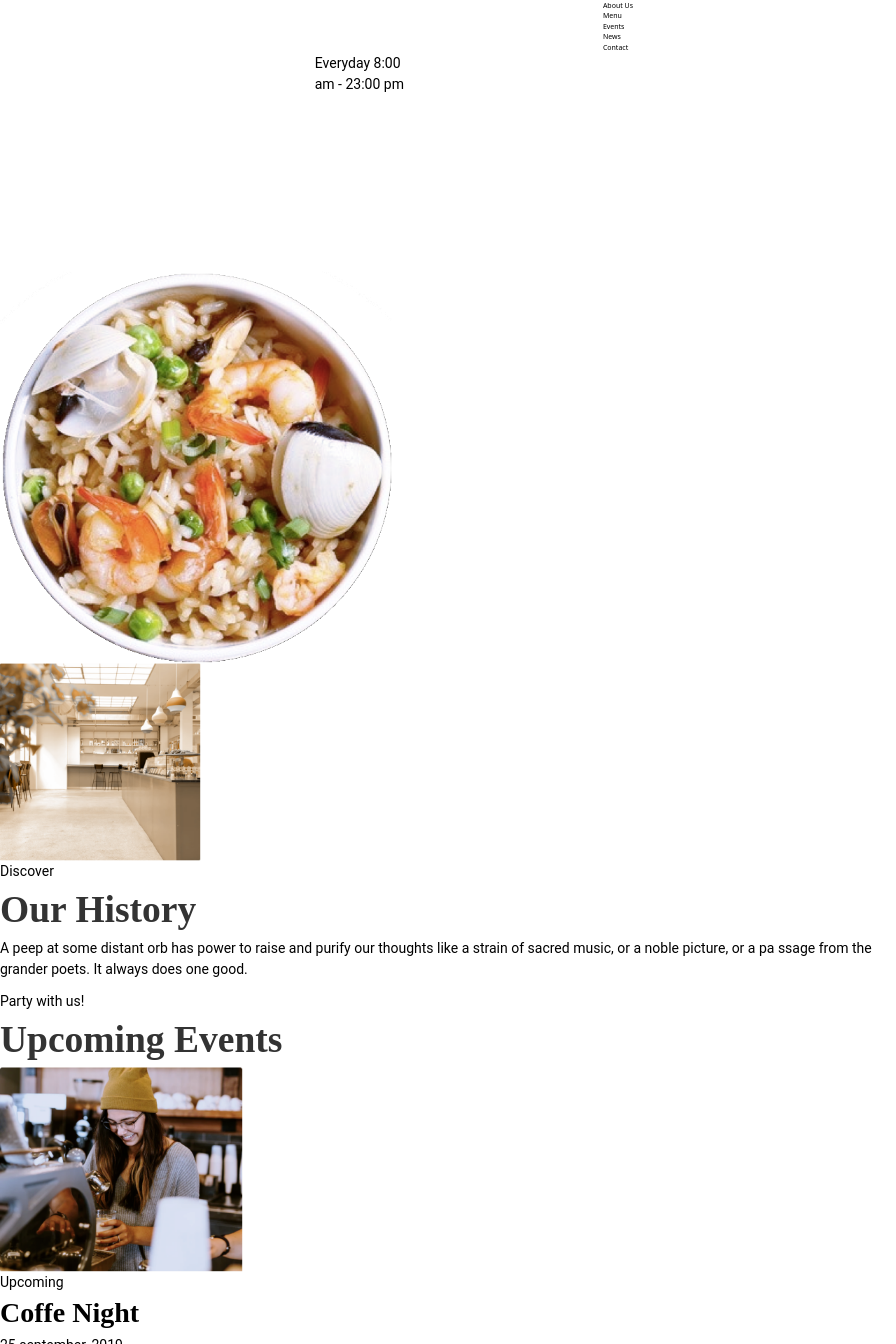
Repository: murilopellis-12/Tailwind-Prova
Page: index.html
These files come from the project's save history. The page is drawn as it stood at one moment and after a run of saves; the edit follows.
The browser window is 1280 px wide. The pictures show the part of the page from y = 0 to 1920 px (the page is 4774 px tall before and 4670 px after), at 70% of full size.

Above is the page before, as saved 2026-10-26 19:27:33.
Not found: style.css

### index.html
<!doctype html>
<html lang="pt-BR" class="f">
  <head>
    <meta charset="UTF-8" />
    <meta name="viewport" content="width=device-width, initial-scale=1.0" />
    <title>PROVA FRONT-END</title>
    <script src="https://cdn.jsdelivr.net/npm/@tailwindcss/browser@4"></script>
    <style type="text/tailwindcss">
      @theme {
        --espaco-pequeno: clamp(
          1.5rem,
          calc(-2.725rem + 11.268vw),
          13.5rem
        ); /* min: 15px, max: 135px */
        --padding-topo: clamp(8rem, calc(5.183rem + 7.512vw), 16rem);

        /*Cores*/
        --cor-primaria: #333;
        --cor-secundaria: #f9f7f2;
        --cor-terciaria: #fff;
        --complementar-roxo: #6327eb;
        --borda-menu: rgba(255, 255, 255, 0.3);
        --paragrafos-claros: rgba(51, 51, 51, 0.5);
        --borda-formulario: #dadada;
      }

      html {
        font-size: 62.5%;
      }

      * {
        margin: 0;
        padding: 0;
        box-sizing: border-box;
      }

      h1 {
        font-size: clamp(
          5.6rem,
          calc(5.037rem + 1.502vw),
          7.2rem
        ); /* min: 56px, max: 72px */
        color: var(--cor-terciaria);
        font-weight: bold;
        font-family: "PT Serif";
      }

      h2 {
        font-size: clamp(
          4rem,
          calc(3.437rem + 1.502vw),
          5.6rem
        ); /* min: 40px, max: 56px */
        font-family: "PT Serif";
        font-weight: bold;
        color: var(--cor-primaria);
      }

      h3 {
        font-size: 4rem;
        font-family: "PT Serif";
        font-weight: bold;
      }

      p {
        font-family: "Roboto";
        font-size: 2rem;
      }

      button {
        font-family: "Roboto";
        color: var(--cor-terciaria);
        font-weight: normal;
        border-radius: 5px;
      }
    </style>
    <link rel="stylesheet" href="style.css" />
  </head>

  <body>
    <header class="header-principal">
      <div class="conteudo-header flex justify-between w-[100%] align-center">
        <div>
          <a aria-label="redireciona para o início" id="ancora-header" href="#"
            class="text-[4rem] no-underline text-[var(--cor-terciaria)] font-bold">REST</a
          >
        </div>
        <div class="menu-hamburguer-div">
          <button id="botao-menu-hamburguer" class="w-[4.8rem] h-[4.8rem] rounded-[50%] border border-solid border-[var(--borda-menu)] bg-transparent">
            <img
              src="img/menu-hamburguer.png"
              alt="menu hamburguer do header"
            />
          </button>
        </div>
        <nav class="navegacao-header-desktop">
          <ul>
            <li><a aria-label="abre Sobre" href="">About Us</a></li>
            <li><a aria-label="abre Menu" href="">Menu</a></li>
            <li><a aria-label="abre Eventos" href="">Events</a></li>
            <li><a aria-label="abre Notícias" href="">News</a></li>
            <li><a aria-label="abre contatos" href="">Contact</a></li>
          </ul>
        </nav>
        <div class="desktop-div-redes-sociais">
          <nav class="navegacao-redes-sociais-header">
            <a aria-label="abre Facebook" class="circulos-navegacao" href=""
              ><img src="img/facebook.png" alt="logo do Facebook"
            /></a>
            <a aria-label="abre Twitter" class="circulos-navegacao" href=""
              ><img
                class="logo-twitter-ancora"
                src="img/twitter.png"
                alt="logo do Twitter"
            /></a>
            <a aria-label="abre Instagram" class="circulos-navegacao" href=""
              ><img src="img/instagram.png" alt="logo do Instagram"
            /></a>
          </nav>
        </div>
      </div>
      <div class="div-agrupar-conteudo-hero">
        <div class="conteudo-hero h-auto flex flex-column justify-center gap-[4rem]">
          <h1 id="h1-pagina-principal">Welcome to our restaurant</h1>
          <p id="horario-funcionamento-hero text-[2.4rem] font-light text-[var(--cor-terciaria)]">Everyday 8:00 am - 23:00 pm</p>
          <div class="botoes-hero grid grid-cols-[1fr 1fr] gap-[clamp(0.6rem, calc(-0.245rem + 2.254vw), 3rem)] h-auto w-[100%] ">
            <button
              aria-label="abre a reserva de mesa"
              class="botoes-hero-class"
              id="botao-livro-mesa"
            >
              Book a table
            </button>
            <button
              aria-label="abre o menu"
              class="botoes-hero-class"
              id="botao-ver-menu"
            >
              See menu
            </button>
          </div>
        </div>
        <div class="div-imagem-hero">
          <img
            id="imagem-sopa-hero"
            src="img/sopa.png"
            alt="imagem de uma sopa"
          />
        </div>
      </div>
    </header>
    <main>
      <section class="secao-nossa-historia">
        <div class="conteudo-nossa-historia">
          <div class="div-imagem-nossa-historia">
            <img
              src="img/nossa-historia-imagem.png"
              alt="imagem de uma cozinha"
            />
          </div>
          <div class="nossa-historia-texto">
            <p class="categorias-site" id="categoria-descobrir">Discover</p>
            <h2 id="nossa-historia-h2">Our History</h2>
            <p class="paragrafos-site">
              A peep at some distant orb has power to raise and purify our
              thoughts like a strain of sacred music, or a noble picture, or a
              pa ssage from the grander poets. It always does one good.
            </p>
            <div class="div-botao-ler-mais">
              <button aria-label="abre o Ler Mais" id="botao-ler-mais-historia">
                Read more
              </button>
            </div>
          </div>
        </div>
      </section>
      <section class="secao-eventos-futuros">
        <div class="titulos-secao-eventos-futuros">
          <p id="paragrafo-titulo-eventos-futuros">Party with us!</p>
          <h2 id="h2-titulo-eventos-futuros">Upcoming Events</h2>
        </div>
        <div class="forma-eventos-futuros">
          <div class="imagem-evento-futuro">
            <img
              id="imagem-mulher-fazendo-cafe"
              src="img/mulher-fazendo-cafe.png"
              alt="mulher fazendo café em uma máquina"
            />
          </div>
          <div class="conteudo-escrito-eventos">
            <p class="categorias-site" id="categoria-futuro">Upcoming</p>
            <h3>Coffe Night</h3>
            <p id="data-eventos-futuros">25 september, 2019</p>
            <p class="paragrafos-site">
              Apparently we had reached a great height in the atmosphere, for
              the sky was a dead black, and the stars had ceased to twinkle.
            </p>
            <div class="div-botao-ler-mais">
              <button
                aria-label="redireciona a reserva de mesa"
                id="botao-reservar-mesa"
              >
                Book a table
              </button>
            </div>
          </div>
          <div class="proxima-pagina">
            <button id="seta-proxima-pagina">
              <img
                src="img/flecha-proxima.png"
                alt="ícone de flecha que guia para outra página"
              />
            </button>
          </div>
        </div>
      </section>
      <section class="secao-galeria-fotos">
        <div class="titulos-secao-galeria-fotos">
          <p id="paragrafo-titulo-galeria">Gallery</p>
          <h2 id="h2-titulo-galeria">Our Interior</h2>
        </div>
        <div class="imagens-galeria">
          <img
            class="imagens-da-galeria"
            src="img/galeria/salmao.png"
            alt="prato com temperos e salmão"
          />
          <img
            class="imagens-da-galeria"
            src="img/galeria/pratos.png"
            alt="pratos preparados com diversos alimentos"
          />
          <img
            class="imagens-da-galeria"
            src="img/galeria/mesas-cadeiras.png"
            alt="mesas preparadas com diversas cadeiras"
          />
          <img
            class="imagens-da-galeria"
            src="img/galeria/mesa-individual.png"
            alt="uma unidade de mesa com lugar para 4 pessoas"
          />
          <img
            class="imagens-da-galeria"
            src="img/galeria/mesa-com-garcom.png"
            alt="mesas e cadeiras sendo organizados por uma garçom"
          />
          <img
            class="imagens-da-galeria"
            src="img/galeria/mesa-preparada.png"
            alt="mesa com talheres e guardanapos postos e preparados"
          />
        </div>
      </section>
      <section class="secao-sobre-nos">
        <div class="titulos-secao-sobre-nos">
          <p class="categorias-site" id="paragrafo-titulo-sobre-nos">Press</p>
          <h2 id="h2-titulo-sobre-nos">About Us</h2>
        </div>
        <div class="cartoes-conjunto">
          <div class="cartoes-autoras" id="autora-york-times">
            <img
              class="logo-titulo"
              src="img/the-new-york-logo.png"
              alt="logo do The New York Times"
            />
            <p class="citacao-autora">
              "Apparently we had reached a great height in the atmosphere, for
              the sky was a dead black, and the stars had ceased to twinkle. By
              the same illusion which lifts the horizon of the sea to the
              level."
            </p>
            <p class="nome-autora-rodape">The New York Times</p>
          </div>
          <div class="cartoes-autoras" id="autora-the-guardian">
            <img
              class="logo-titulo"
              src="img/the-guardian-logo.png"
              alt="logo do The Guardian"
            />
            <p class="citacao-autora">
              "Apparently we had reached a great height in the atmosphere, for
              the sky was a dead black, and the stars had ceased to twinkle. By
              the same illusion which lifts the horizon of the sea to the
              level."
            </p>
            <p class="nome-autora-rodape">The Guardian</p>
          </div>
          <div class="cartoes-autoras" id="autora-wall-street">
            <img
              class="logo-titulo"
              src="img/wall-street-jornal-logo.png"
              alt="logo do Wall Street Jornal"
            />
            <p class="citacao-autora">
              "Apparently we had reached a great height in the atmosphere, for
              the sky was a dead black, and the stars had ceased to twinkle. By
              the same illusion which lifts the horizon of the sea to the
              level."
            </p>
            <p class="nome-autora-rodape">The Wall Street Jornal</p>
          </div>
        </div>
      </section>
      <section class="secao-reservar-mesa">
        <div class="area-reserva-mesa">
          <div>
            <p class="categorias-site" id="paragrafo-titulo-reserva">Reserve</p>
            <h2 id="h2-titulo-reserva-mesa">A Table</h2>
          </div>
          <form action="#" class="formulario-reserva-mesa">
            <div
              class="campos-preencher-formulario-reserva"
              id="formulario-campo-data"
            >
              <label for="data">DATE</label>
              <input
                type="text"
                id="data"
                name="data"
                placeholder="9/26/2019"
              />
            </div>
            <div
              class="campos-preencher-formulario-reserva"
              id="formulario-campo-tempo"
            >
              <label for="hora">TIME</label>
              <input type="text" name="hora" id="hora" placeholder="7:00 pm" />
            </div>
            <div
              class="campos-preencher-formulario-reserva"
              id="formulario-campo-visitantes"
            >
              <label for="numero-pessoas">GUESTS</label>
              <input
                type="number"
                name="numero-pessoas"
                id="numero-pessoas"
                placeholder="2 people"
              />
            </div>
            <div id="formulario-campo-envio">
              <button
                aria-label="redireciona para reserva de mesa"
                id="botao-envio-reserva"
                type="submit"
              >
                Find a table
              </button>
            </div>
          </form>
        </div>
        <div class="div-imagem-secao-reserva">
          <img src="img/mesa-organizada.png" alt="mesa organizada" />
        </div>
      </section>
    </main>
    <footer class="footer-principal">
      <div>
        <h3 id="h3-rodape-pagina">REST</h3>
      </div>
      <nav class="navegacao-rodape">
        <ul>
          <li>About Us</li>
          <li>Menu</li>
          <li>Events</li>
          <li>News</li>
          <li>Contact</li>
        </ul>
      </nav>
      <nav class="redes-sociais-rodape-botoes">
        <a aria-label="abre Facebook" class="circulos-navegacao" href=""
          ><img src="img/facebook.png" alt="logo do Facebook"
        /></a>
        <a aria-label="abre Twitter" class="circulos-navegacao" href=""
          ><img
            class="logo-twitter-ancora"
            src="img/twitter.png"
            alt="logo do Twitter"
        /></a>
        <a aria-label="abre Instagram" class="circulos-navegacao" href=""
          ><img src="img/instagram.png" alt="logo do Instagram"
        /></a>
      </nav>
      <div class="direitos-reservados-rodape">
        <p id="paragrafo-direitos-reservados">
          2019 Restaurant. All Rights Reserved.
        </p>
      </div>
    </footer>
  </body>
</html>

After the next 3 saves:
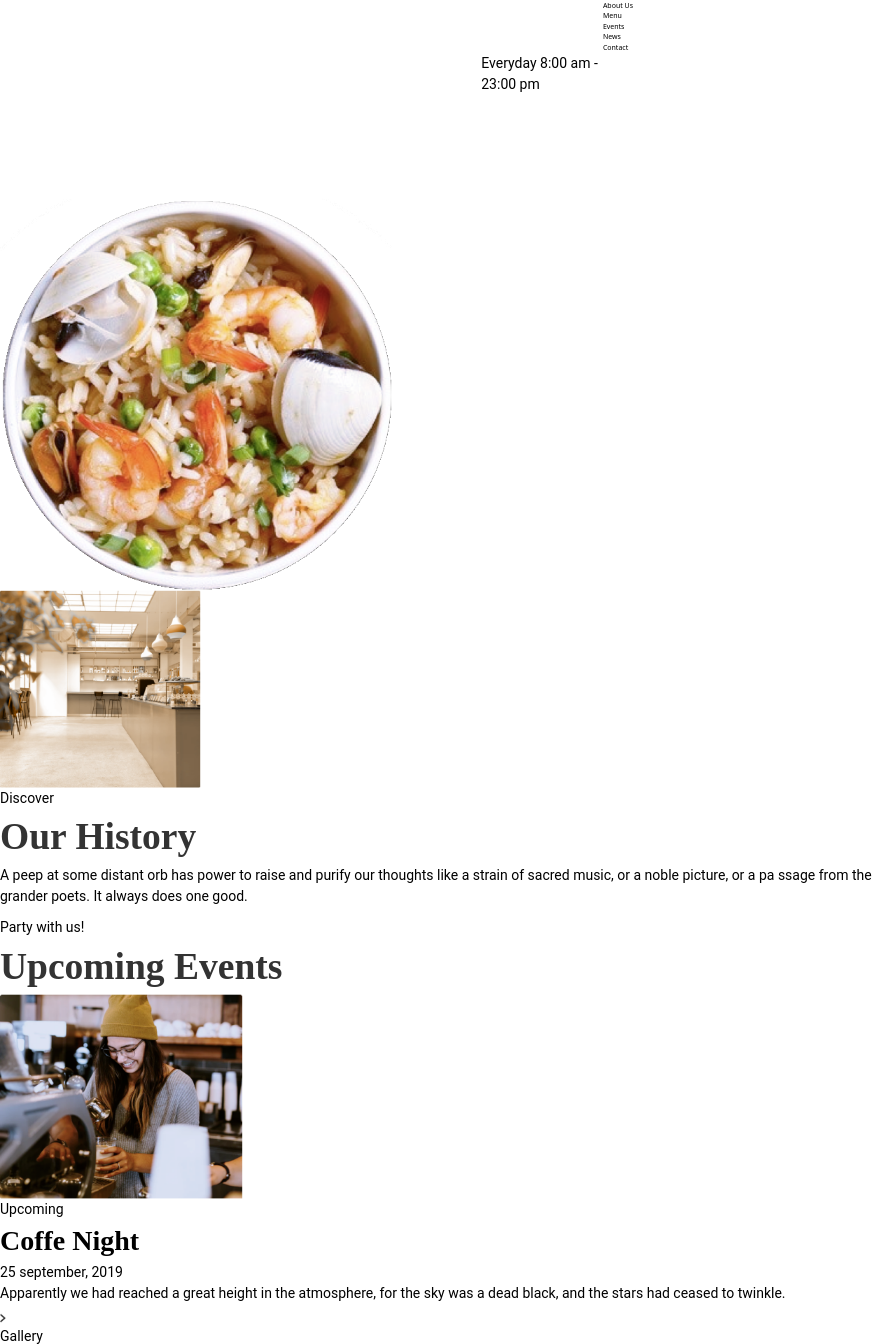
The 3 saves are shown as one change because they came seconds apart.
The last was saved 29 s later.
--- a/index.html
+++ b/index.html
@@ -123,7 +123,7 @@
         <div class="conteudo-hero h-auto flex flex-column justify-center gap-[4rem]">
           <h1 id="h1-pagina-principal">Welcome to our restaurant</h1>
           <p id="horario-funcionamento-hero text-[2.4rem] font-light text-[var(--cor-terciaria)]">Everyday 8:00 am - 23:00 pm</p>
-          <div class="botoes-hero grid grid-cols-[1fr 1fr] gap-[clamp(0.6rem, calc(-0.245rem + 2.254vw), 3rem)] h-auto w-[100%] ">
+          <div class="botoes-hero grid grid-cols-[1fr 1fr] gap-[clamp(0.6rem, calc(-0.245rem + 2.254vw), 3rem)] h-auto w-[100%] max-w-[345px]">
             <button
               aria-label="abre a reserva de mesa"
               class="botoes-hero-class"
